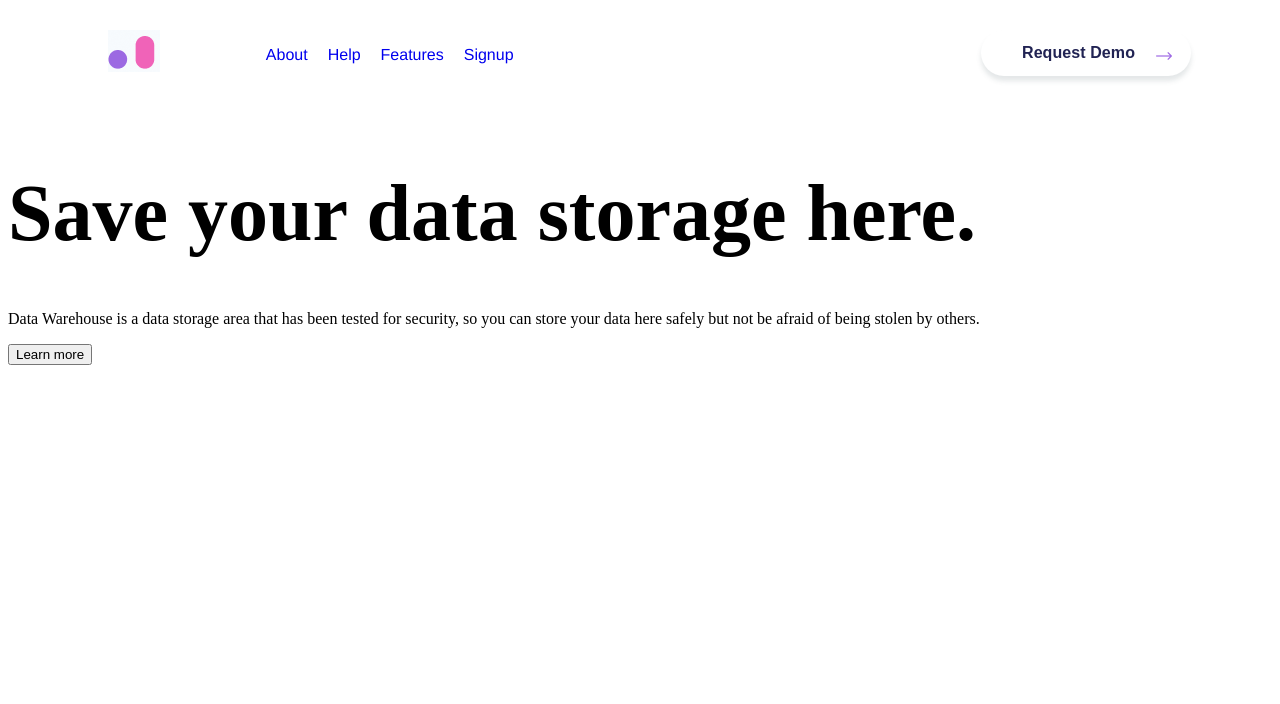
Repository: batonAnton/HW6_flexbox
Page: index.html
These files come from the project's save history. The page is drawn as it stood at one moment and after the next save; the edit follows.
The browser window is 1280 px wide. The pictures show the whole page.
Some web fonts or font styles are not loaded; a fallback is used.

Above is the page before, as saved 2022-06-17 17:11:34.

After the next save:
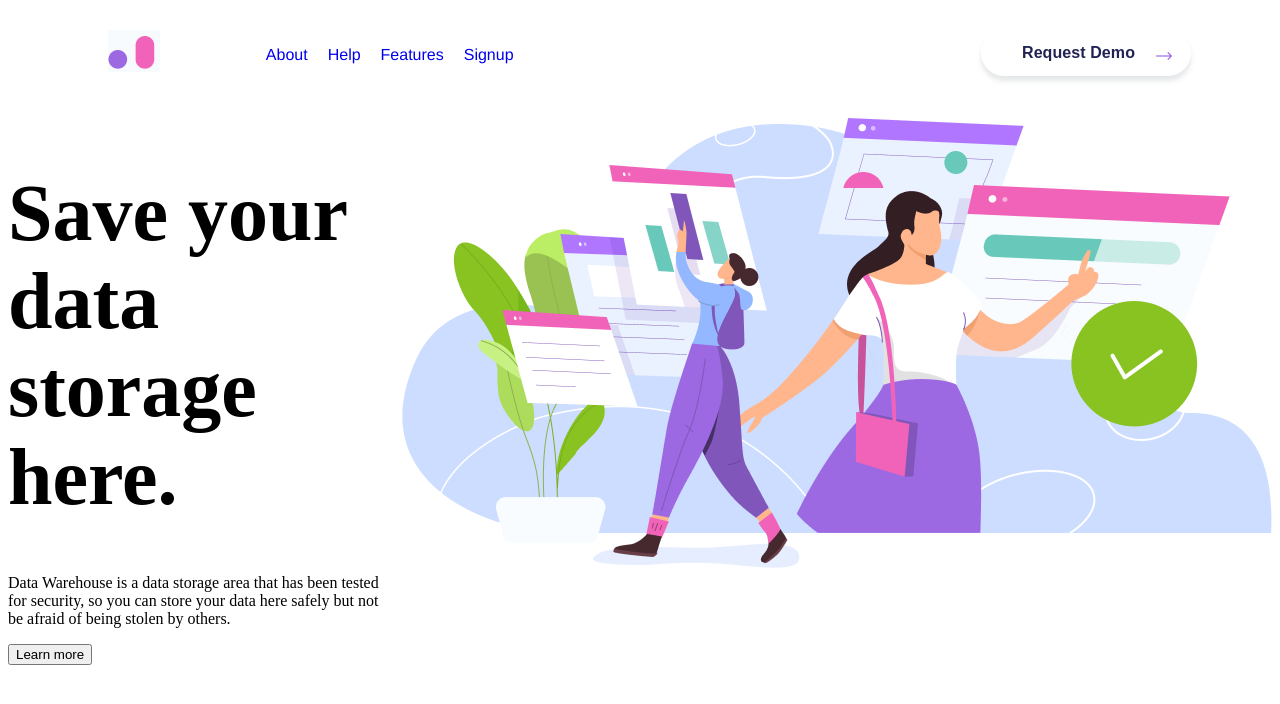
Saved 6 min 48 s later.
--- a/index.html
+++ b/index.html
@@ -4,6 +4,7 @@
     <meta charset="UTF-8">
     <meta http-equiv="X-UA-Compatible" content="IE=edge">
     <meta name="viewport" content="width=device-width, initial-scale=1.0">
+    <link href="http://fonts.cdnfonts.com/css/helvetica-neue-9" rel="stylesheet">
     <link rel="stylesheet" href="/css/style.css">
     <title>FlexBox</title>
 </head>
@@ -48,6 +49,10 @@
                 safely but not be afraid of being stolen by others.</p>
             <button>Learn more</button>
         </div>
+
+        <div class="section-img">
+            <img src="./images/headerImg.png" alt="">
+        </div>
     </div>
 </body>
 </html>
